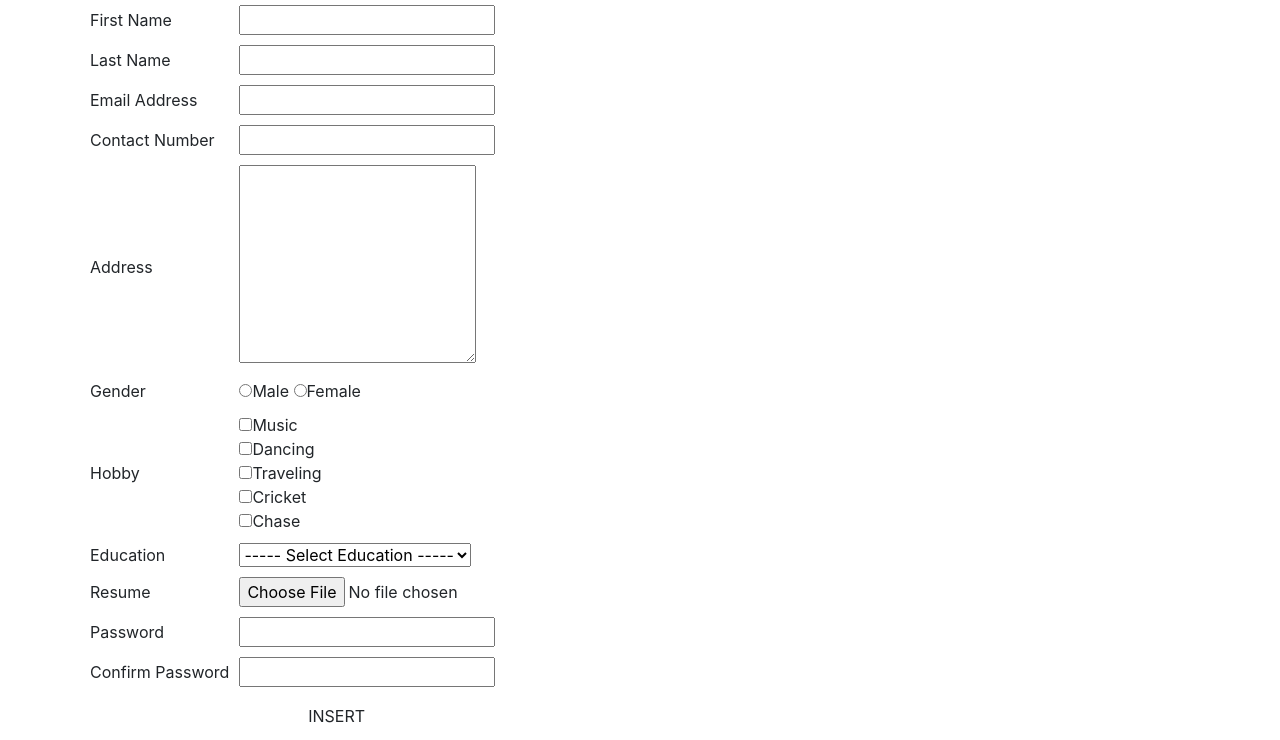
Repository: dhiren1618/OCT-JAVA-2023
Page: http://localhost/AdvancedJava/bootstrap.jsp
An editor plug-in stored every save of this project. The page is shown before and after the next save, followed by the edit.
The browser window is 1280 px wide. The pictures show the whole page.
The page is served by Tomcat 9. Other server files are loaded and not shown.

Above is the page before, as saved 2024-06-15 10:49:00.

### AdvancedJava/src/main/webapp/bootstrap.jsp
<%@ page language="java" contentType="text/html; charset=UTF-8"
	pageEncoding="UTF-8"%>
<!DOCTYPE html>
<html>
<head>
<meta charset="UTF-8">
<title>Advance Java Tutorial</title>
<link rel="stylesheet" href="https://cdn.jsdelivr.net/npm/bootstrap@4.3.1/dist/css/bootstrap.min.css" integrity="sha384-ggOyR0iXCbMQv3Xipma34MD+dH/1fQ784/j6cY/iJTQUOhcWr7x9JvoRxT2MZw1T" crossorigin="anonymous">
<script src="https://code.jquery.com/jquery-3.3.1.slim.min.js" integrity="sha384-q8i/X+965DzO0rT7abK41JStQIAqVgRVzpbzo5smXKp4YfRvH+8abtTE1Pi6jizo" crossorigin="anonymous"></script>
<script src="https://cdn.jsdelivr.net/npm/popper.js@1.14.7/dist/umd/popper.min.js" integrity="sha384-UO2eT0CpHqdSJQ6hJty5KVphtPhzWj9WO1clHTMGa3JDZwrnQq4sF86dIHNDz0W1" crossorigin="anonymous"></script>
<script src="https://cdn.jsdelivr.net/npm/bootstrap@4.3.1/dist/js/bootstrap.min.js" integrity="sha384-JjSmVgyd0p3pXB1rRibZUAYoIIy6OrQ6VrjIEaFf/nJGzIxFDsf4x0xIM+B07jRM" crossorigin="anonymous"></script>


</head>

<body>

	<div class="container">
		<div class="row">
			<div class="col-md-6">
	<form action="" method="post" name="insert">

		<table cellspacing="5px" cellpadding="5px">

			<tr>
				<td>First Name</td>
				<td><input id="fname" type="text" name="fname" onblur="validateFirstName();"></td>
				<td><span id="error_fname" style="color: red;"></span></td>
			</tr>

			<tr>
				<td>Last Name</td>
				<td><input type="text" name="lname"></td>
			</tr>

			<tr>
				<td>Email Address</td>
				<td><input type="email" name="email" id="email" onblur="validateEmail();"></td>
				<td><span id="error_email" style="color: red;"></span></td>
			</tr>

			<tr>
				<td>Contact Number</td>
				<td><input type="text" name="contact" id="contact" onblur="validateContact();"></td>
				<td><span id="error_contact" style="color: red;"></span></td>
			</tr>

			<tr>
				<td>Address</td>
				<td><textarea cols="21" rows="8" name="address"></textarea></td>
			</tr>

			<tr>
				<td>Gender</td>
				<td><input type="radio" name="gender" value="male">Male
					<input type="radio" name="gender" value="female">Female</td>
			</tr>

			<tr>
				<td>Hobby</td>
				<td><input type="checkbox" name="hobby" value="music">Music<br>
					<input type="checkbox" name="hobby" value="dancing">Dancing<br>
					<input type="checkbox" name="hobby" value="traveling">Traveling<br>
					<input type="checkbox" name="hobby" value="cricket">Cricket<br>
					<input type="checkbox" name="hobby" value="chess">Chase<br>
				</td>
			</tr>

			<tr>
				<td>Education</td>
				<td><select name="education">
						<option>----- Select Education -----</option>
						<option value="10th">10th</option>
						<option value="12th">12th</option>
						<option value="BCA">BCA</option>
						<option value="MCA">MCA</option>
						<option value="BE">BE</option>
						<option value="ME">ME</option>
						<option value="other">Others</option>
				</select></td>
			</tr>

			<tr>
				<td>Resume</td>
				<td><input type="file" name="resume"></td>
			</tr>

			<tr>
				<td>Password</td>
				<td><input type="password" name="password"></td>
			</tr>

			<tr>
				<td>Confirm Password</td>
				<td><input type="password" name="cpassword"></td>
			</tr>

			<tr>
				<td colspan="2" align="center"><input type="submit"
					value="INSERT" class="btn bt-primary"></td>
			</tr>

		</table>

	</form>
	</div>
		</div>
</div>
</body>



</html>

After the next save:
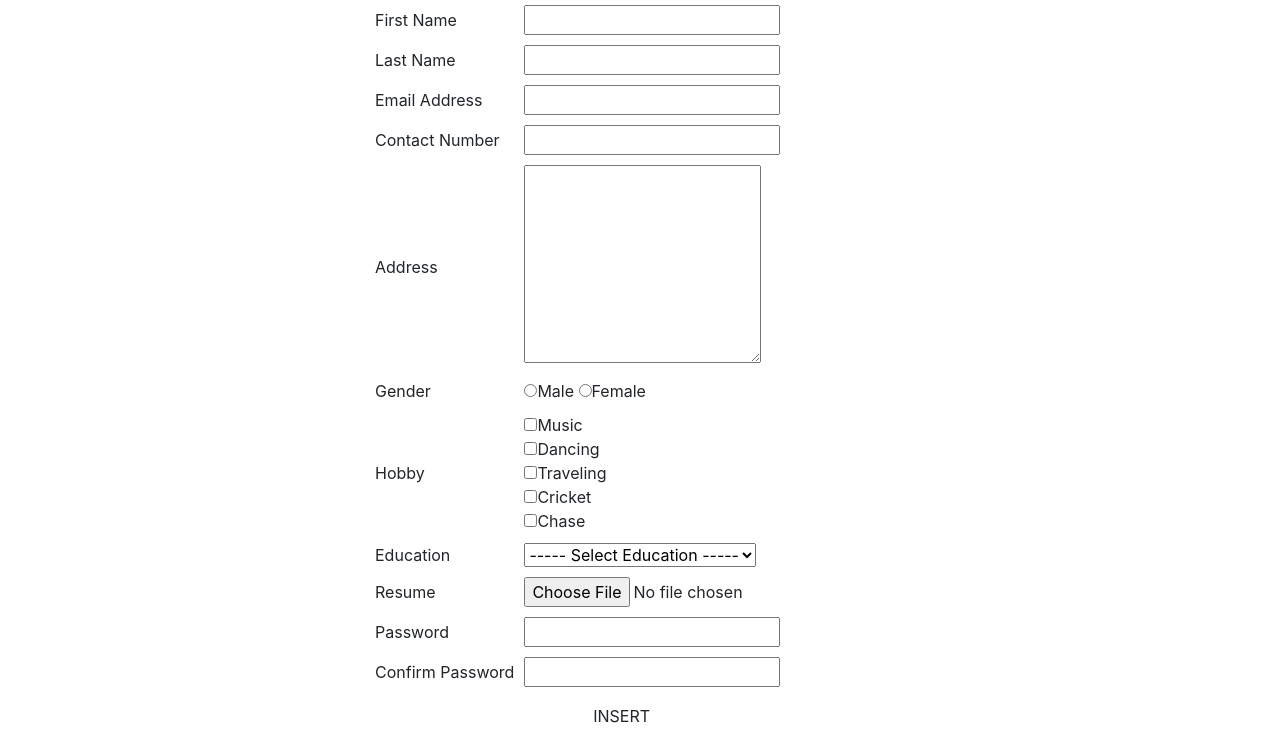
Saved 25 s later.
--- a/AdvancedJava/src/main/webapp/bootstrap.jsp
+++ b/AdvancedJava/src/main/webapp/bootstrap.jsp
@@ -17,7 +17,7 @@
 
 	<div class="container">
 		<div class="row">
-			<div class="col-md-6">
+			<div class="col-md-6 m-auto">
 	<form action="" method="post" name="insert">
 
 		<table cellspacing="5px" cellpadding="5px">
